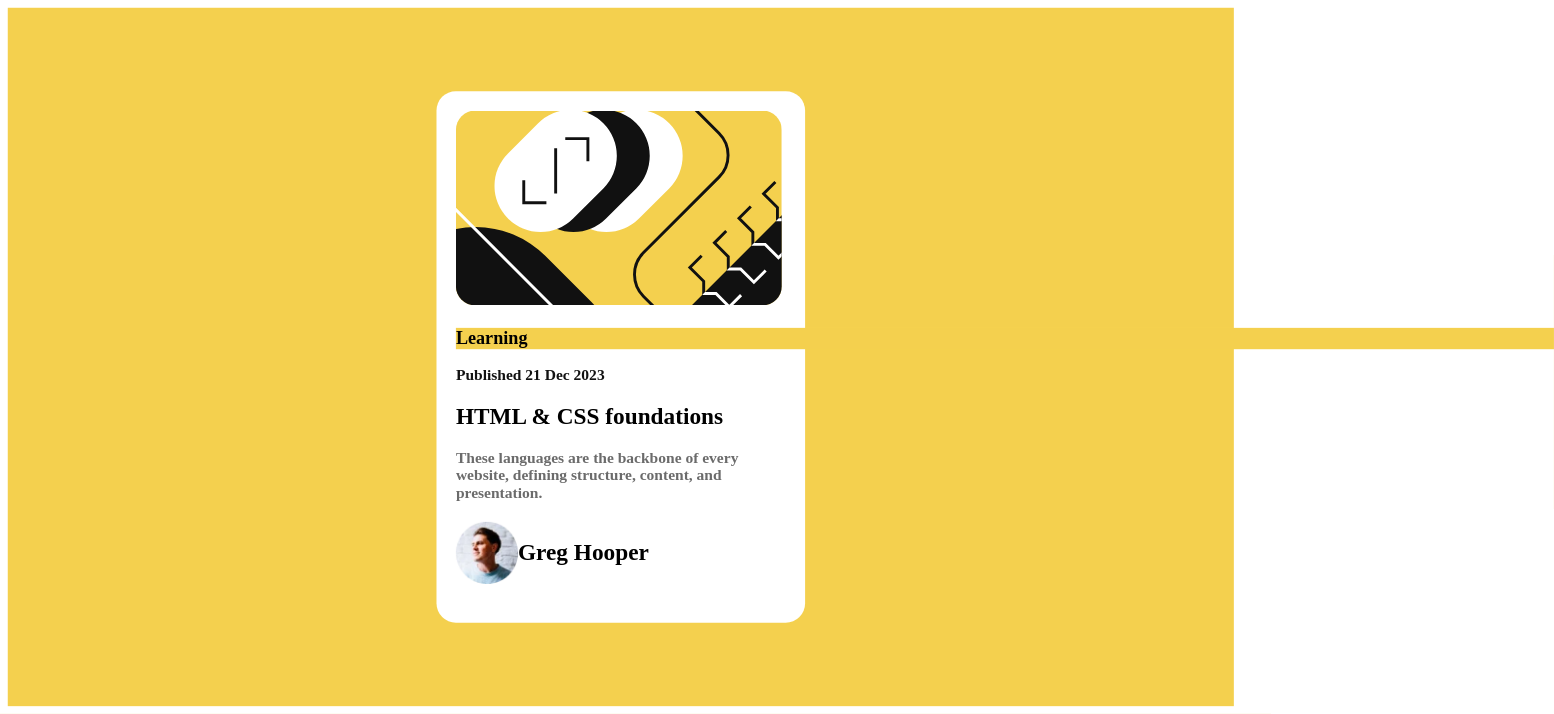
Repository: reemoon-ctrl/blog-preview-card
Page: index.html
The author's editor kept a copy of each file at every save. The page is drawn from the files as they stood at one save, then again after the next save.
The browser window is 1280 px wide. The page is 1602 px wide, then 1280 px, so the pictures cover 1602 px, including what lies to the right of the window. The pictures show the whole page, at 97% of full size.

Above is the page before, as saved 2024-07-19 14:41:22.

### index.html
<!DOCTYPE html>
<html>
    <head>
        <title>Frontend Mentor | Blog preview card</title>
        <link rel="stylesheet" href="index.css" />


    </head>
    <body>
        <article class="blog-card-article">
            <div class="blog-card">
                <img class="blog-img"src="img\illustration-article.svg" alt="illustration-article" />
                <h3 class="blog-category">Learning</h3>
                <b class="blog-date">Published 21 Dec 2023</b>
                <h1 class="blog-title">HTML & CSS foundations</h1>
                <b class="blog-discrip">These languages are the backbone of every website, defining structure, content, and presentation.</b>
                <h2 class="blog-author"><img  src="img\image-avatar.webp" alt="Greg Hooper avatar"/>Greg Hooper</h2>
            </div>
        </article>

    </body>
</html>

### index.css
.blog-card-article{
    min-height: 100vh;
    display: flex;
    align-items:center;
    justify-content: center;
    background-color: hsl(47, 88%, 63%);


}

.blog-card{
    background-color: white;
    padding: 20px;
    border-radius: 20px;
    flex-basis: 340px;
}

.blog-img{
    border-radius: 20px;


}

.blog-category{

    background-color: hsl(47, 88%, 63%);
    width: 333%;




}

.blog-date{
    color: hsl(0, 0%, 7%);

}

.blog-title{

}
.blog-discrip{
    color:hsl(0, 0%, 42%);

}

.blog-author{
    display: flex;
    align-items:center;

}

After the next save:
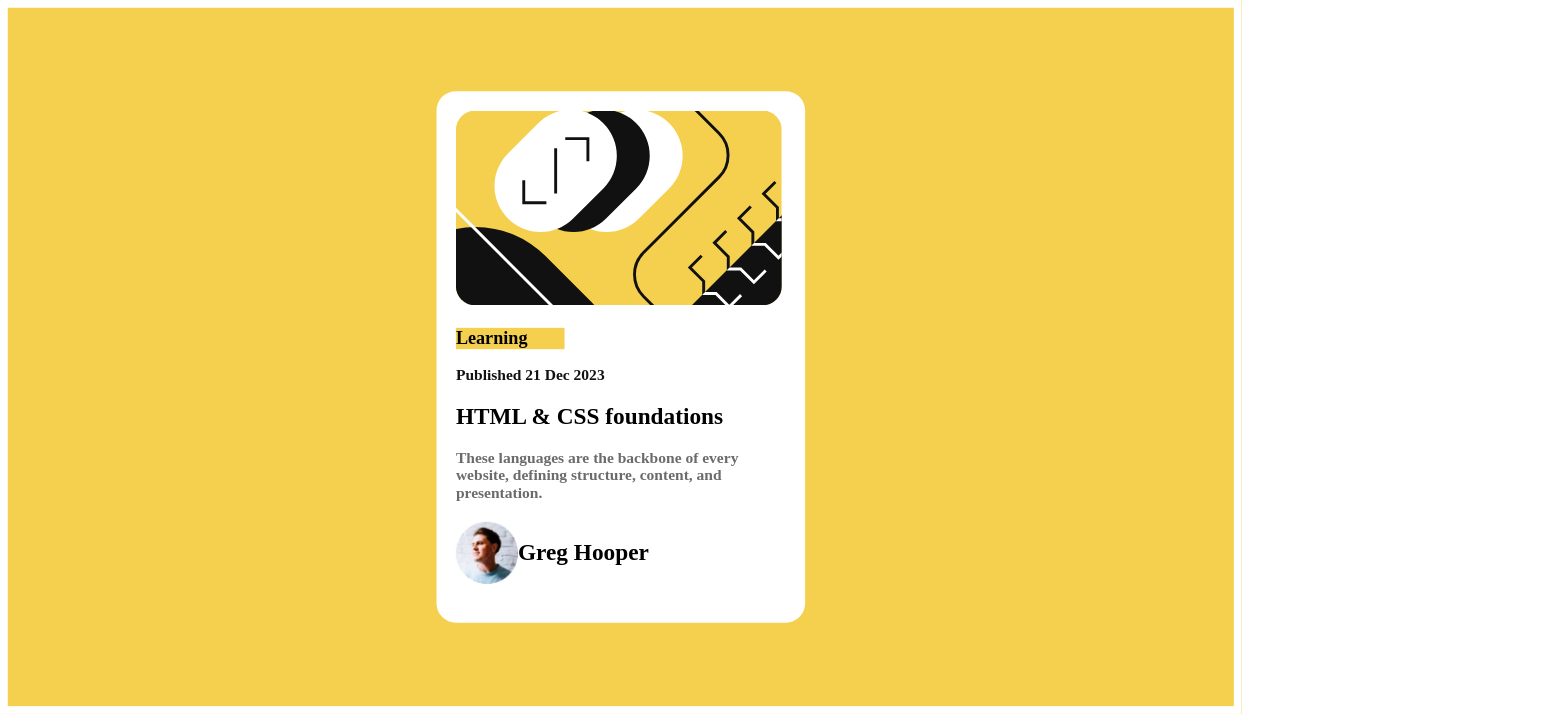
Saved 4 s later.
--- a/index.css
+++ b/index.css
@@ -24,7 +24,7 @@
 .blog-category{
 
     background-color: hsl(47, 88%, 63%);
-    width: 333%;
+    width: 33%;
 
 
 
